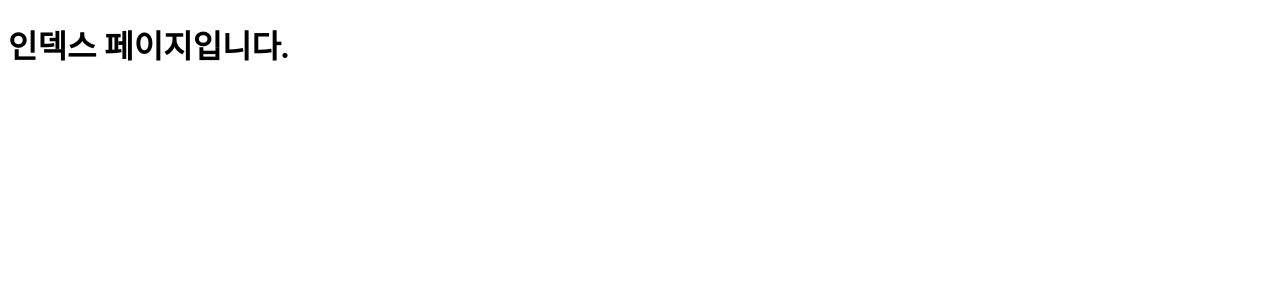
Repository: iron-ee/JSP
Page: http://localhost/hello/
An editor plug-in stored every save of this project. The page is shown before and after the next save, followed by the edit.
The browser window is 1280 px wide. The pictures show the whole page.
The page is served by Tomcat 9.

Above is the page before, as saved 2020-12-21 02:41:58.

After the next save:
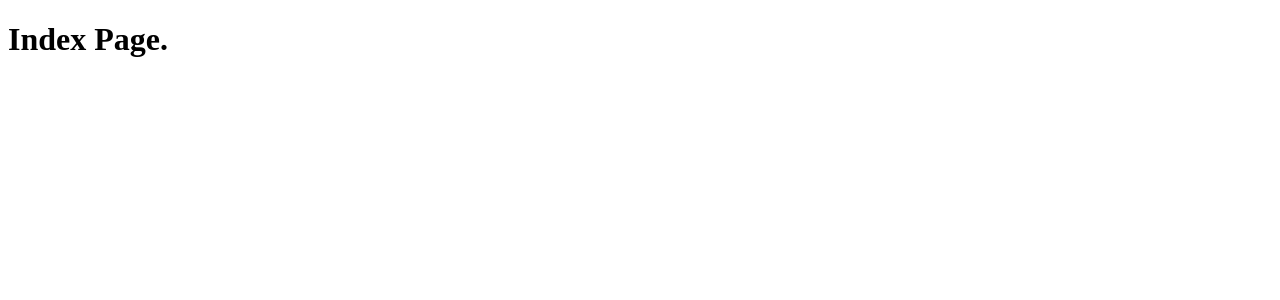
Saved 10 min 5 s later.
--- a/hello/WebContent/index.jsp
+++ b/hello/WebContent/index.jsp
@@ -7,6 +7,6 @@
 <title>Insert title here</title>
 </head>
 <body>
-<h1>인덱스 페이지입니다.</h1>
+<h1>Index Page.</h1>
 </body>
 </html>
